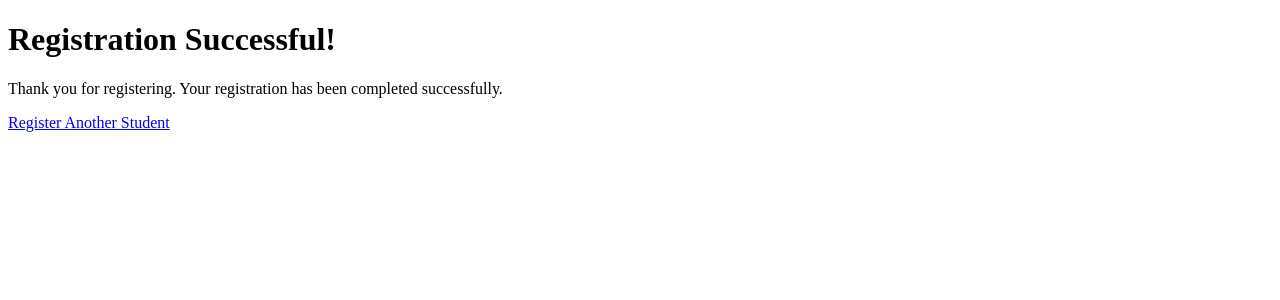
Repository: Yemili/springboot_application
Page: workspace/student/src/main/resources/template/registrationsuccess.html
An editor plug-in stored every save of this project. The page is shown before and after the next save, followed by the edit.
The browser window is 1280 px wide. The pictures show the whole page.

Above is the page before, as saved 2024-09-24 09:56:30.

After the next save:
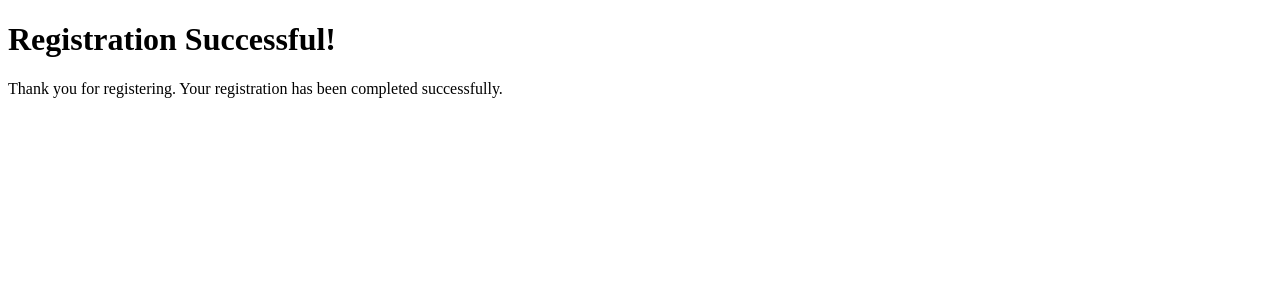
Saved 18 s later.
--- a/workspace/student/src/main/resources/template/registrationsuccess.html
+++ b/workspace/student/src/main/resources/template/registrationsuccess.html
@@ -9,7 +9,7 @@
     <div class="container">
         <h1>Registration Successful!</h1>
         <p>Thank you for registering. Your registration has been completed successfully.</p>
-        <a href="/students/registration">Register Another Student</a>
+
     </div>
 </body>
 </html>
